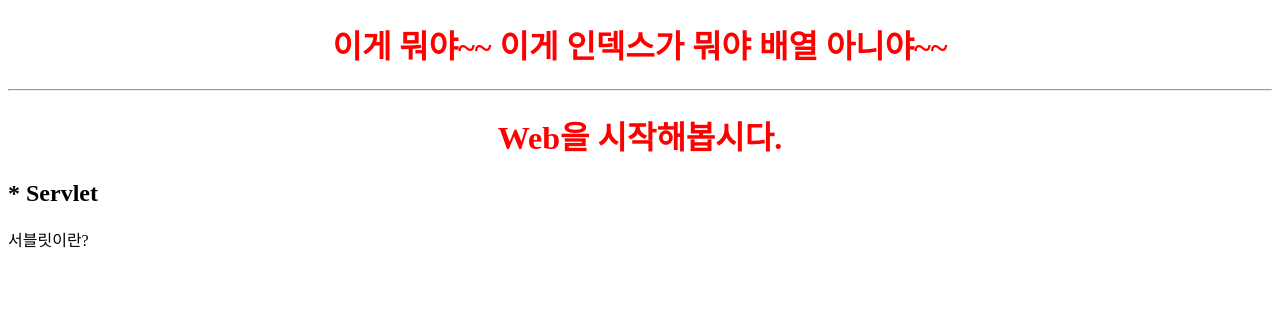
Repository: Rostreaca/0922_Web
Page: MyFirstWebProject/src/main/webapp/WEB-INF/index.html
The author's editor kept a copy of each file at every save. The page is drawn from the files as they stood at one save, then again after the next save.
The browser window is 1280 px wide. The pictures show the whole page.

Above is the page before, as saved 2025-09-22 07:12:19.

After the next save:
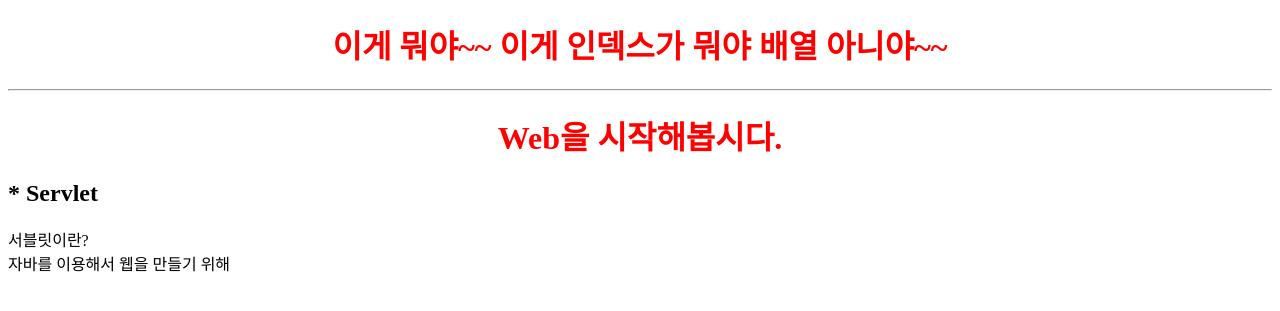
Saved 12 s later.
--- a/MyFirstWebProject/src/main/webapp/WEB-INF/index.html
+++ b/MyFirstWebProject/src/main/webapp/WEB-INF/index.html
@@ -90,7 +90,7 @@
 
 	<p>
 		서블릿이란? <br>
-
+		자바를 이용해서 웹을 만들기 위해
 
 	</p>
 
